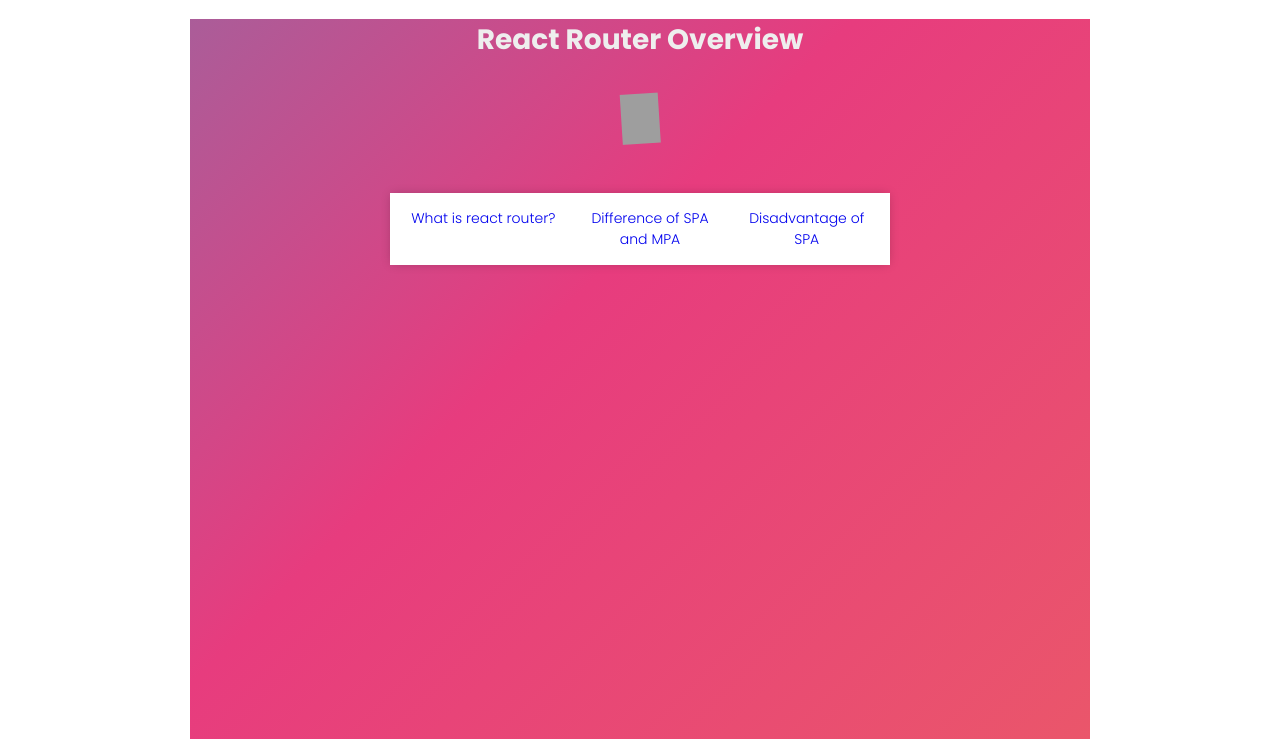
Repository: nguy3nds/2021-18-9-react
Page: /
The author's editor kept a copy of each file at every save. The page is drawn from the files as they stood at one save, then again after the next save.
The browser window is 1280 px wide. The pictures show the whole page.
Pictures or frames that could not be fetched are drawn as grey boxes. The project was rebuilt for these pictures with package versions that can differ from the ones it lists, and the page was loaded fresh each time. Also part of the build but not shown: src/components/What.js, src/components/Why.js, src/components/How.js.

Above is the page before, as saved 2021-09-19 21:39:01.

### src/App.js
import React from "react";
import { BrowserRouter as Router, Switch, Route, Link } from "react-router-dom";
import "./App.css";
import What from "./components/What.js";
import How from "./components/Why";
import Why from "./components/How";
import styled, { keyframes } from "styled-components";
const logo =
  "https://lh6.googleusercontent.com/m9VlRb9FHZcqWTBz0msD2FZGpSQs84aAOwwniApLbL1oZWSDJsg4opq2uc81QzPWDtx5QJ2DeO12CFeol6vqJXcSOyp10LGoOW3K_wXIp3UDuQt1XhXE5KeUC8Epkj2hO51asKYe";

export default function App() {
  return (
    <Router>
      <DivContainer>
        <h1>React Router Overview</h1>
        <Rotate>
          <img
            src={logo}
            className="App-logo"
            alt="logo"
            style={{ width: "50px" }}
          />
        </Rotate>
        <nav>
          <ul className="menu">
            <li class="menu-item has-child">
              <Link to="/What">What is react router?</Link>
            </li>
            <li className="menu-item has-child">
              <Link to="/Why">Difference of SPA and MPA</Link>
            </li>
            <li className="menu-item has-child">
              <Link to="/How">Disadvantage of SPA</Link>
            </li>
          </ul>
        </nav>

        {/* A <Switch> looks through its children <Route>s and
        renders the first one that matches the current URL. */}
        <Switch>
          <Route path="/How">
            <How />
          </Route>
          <Route path="/Why">
            <Why />
          </Route>
          <Route path="/What">
            <What />
          </Route>
        </Switch>
      </DivContainer>
    </Router>
  );
}

const gradient = keyframes`
	0% {
		background-position: 0% 50%;
	}
	50% {
		background-position: 100% 50%;
	}
	100% {
		background-position: 0% 50%;
	}
`;

const DivContainer = styled.div`
  margin: 0 auto;
  padding: 0 30px;
  text-align: center;
  min-height: 100vh;
  color: #eee;
  background: linear-gradient(-45deg, #ee7752, #e73c7e, #23a6d5, #23d5ab);
  background-size: 400% 400%;
  animation: ${gradient} 15s ease infinite;
`;

const rotate360 = keyframes`
  from {
    transform: rotate(0deg);
  }

  to {
    transform: rotate(360deg);
  }
`;

const Rotate = styled.div`
  display: inline-block;
  animation: ${rotate360} 2s linear infinite;
  padding: 2rem 1rem;
  font-size: 1.2rem;
`;

### src/App.css
@import url("https://fonts.googleapis.com/css2?family=Poppins:wght@300;400;600;700&display=swap");
:root {
  --primary: #08aeea;
  --secondary: #13d2b8;
  --purple: #bd93f9;
  --pink: #ff6bcb;
  --blue: #8be9fd;
  --gray: #333;
  --font: "Poppins", sans-serif;
  --gradient: linear-gradient(40deg, #ff6ec4, #7873f5);
  --shadow: 0 0 15px 0 rgba(0, 0, 0, 0.05);
}
*,
*:before,
*:after {
  box-sizing: border-box;
}
html {
  font-size: 62.5%;
  text-align: center;
}

body {
  font-family: var(--font);
  font-size: 1.4rem;
  overflow-x: hidden;
  font-weight: 300;
  width: 900px;
  margin: 0 auto;
}

img {
  display: block;
  max-width: 100%;
}

a {
  text-decoration: none;
}

input,
button,
textarea,
select {
  font-family: var(--font);
  font-size: 1.4rem;
  font-weight: 300;
  outline: none;
  border: 0;
  margin: 0;
  padding: 0;
  border-radius: 0;
  -webkit-appearance: none;
}

button {
  cursor: pointer;
}

.menu {
  position: relative;
  max-width: 500px;
  margin: 30px auto;
  display: grid;
  grid-template-columns: 1fr 1fr 1fr;
  justify-content: center;
  background-color: white;
  padding: 1.5rem;
  box-shadow: 0 0 10px -2px rgba(0, 0, 0, 0.25);
}

.menu-link {
  font-size: 1.4rem;
  color: #918eae;
  display: block;
}
.menu-link:hover {
  color: #202842;
}

.menu-child-link {
  display: flex;
  align-items: center;
  justify-content: space-between;
  padding: 1.5rem;
  color: #918eae;
}
.menu-child-item {
  position: relative;
}
.menu-child-link:hover {
  color: #202842;
}

.menu-toggle {
  display: none;
}
.nav {
  position: relative;
}
.arrow-right {
  display: none;
}
@media screen and (min-width: 1024px) {
  .arrow-down {
    display: none;
  }
  .arrow-right {
    display: block;
  }
  .menu-item:not(:first-child) {
    margin-left: 2rem;
  }
  .menu-child {
    position: absolute;
    top: 100%;
    left: 0;
    margin-top: 1rem;
    min-width: 20rem;
    background-color: white;
    box-shadow: var(--shadow);
    display: none;
  }
  .menu-child:before {
    content: "";
    position: absolute;
    top: 0;
    left: 0;
    width: 100%;
    height: 1rem;
    background-color: transparent;
    transform: translateY(-100%);
  }
  .menu-child1 {
    top: 0;
    left: 100%;
    margin-top: 0;
  }
  .menu-item.has-child:hover > .menu-child {
    display: block;
  }
  .menu-child-item.has-child:hover > .menu-child {
    display: block;
  }
}

ul li {
  list-style: none;
}
@media screen and (max-width: 1023px) {
  .menu {
    position: absolute;
    right: 0;
    top: 100%;
    min-width: 20rem;
    background-color: white;
    box-shadow: var(--shadow);
    flex-direction: column;
    display: none;
    z-index: 100;
  }
  .menu.show,
  .menu-child.show {
    display: block;
  }
  .menu-item:not(:last-child) {
    border-bottom: 1px solid #eee;
  }
  .menu-link {
    padding: 1.5rem;
    display: flex;
    justify-content: space-between;
    align-items: center;
  }
  .menu-child {
    display: none;
    background-color: #f6f6f6;
  }
  .menu-child1 {
    background-color: #eee;
  }
  .menu-toggle {
    width: max-content;
    font-size: 2rem;
    display: block;
    margin-left: auto;
    cursor: pointer;
  }
}

Loaded but not shown: public/index.html (common file); src/index.js (common file); src/index.css (common file); src/reportWebVitals.js (common file)

After the next save:
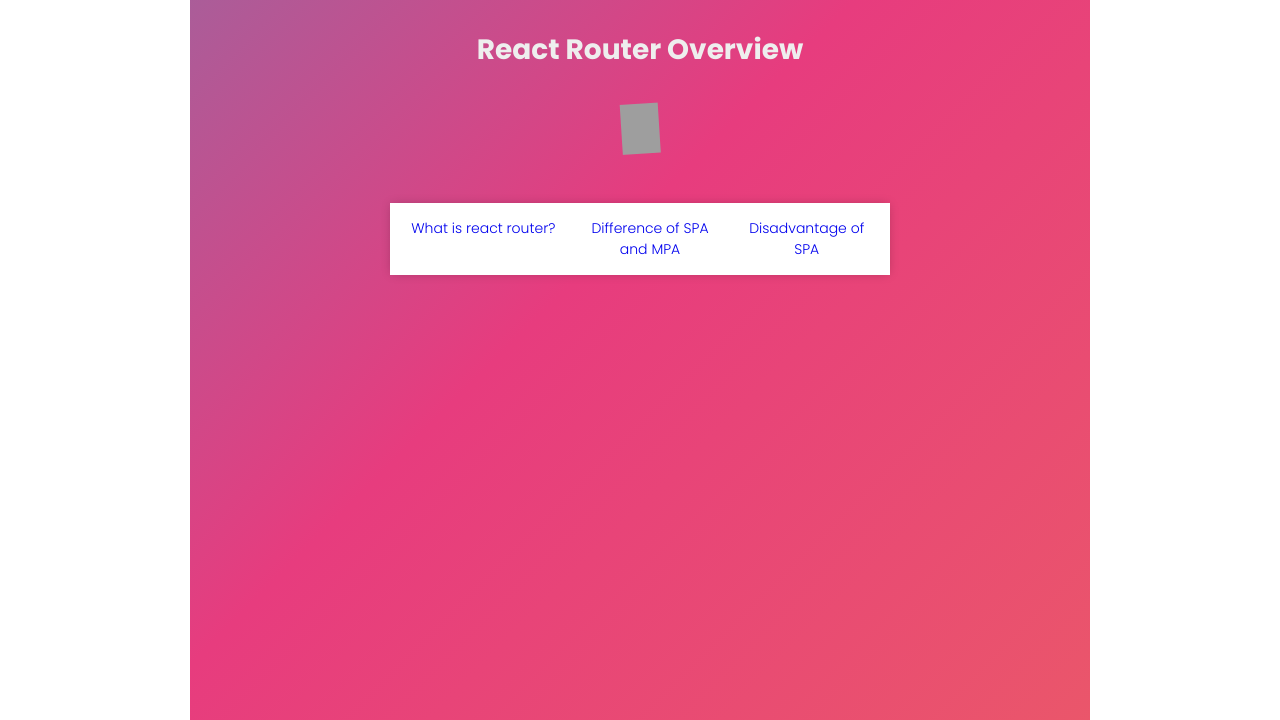
Saved 12 s later.
--- a/src/App.js
+++ b/src/App.js
@@ -67,7 +67,7 @@ const gradient = keyframes`
 
 const DivContainer = styled.div`
   margin: 0 auto;
-  padding: 0 30px;
+  padding: 10px;
   text-align: center;
   min-height: 100vh;
   color: #eee;
